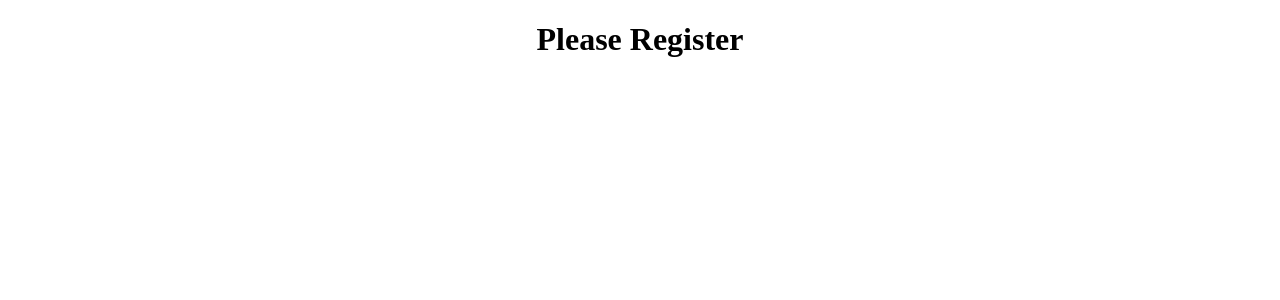
Repository: Thaneshwara848/E-Y
Page: Jdbc-Servlet-Jsp/WbeDemo2/src/main/webapp/Register.html
An editor plug-in stored every save of this project. The page is shown before and after the next save, followed by the edit.
The browser window is 1280 px wide. The pictures show the whole page.

Above is the page before, as saved 2023-05-19 11:28:33.

After the next save:
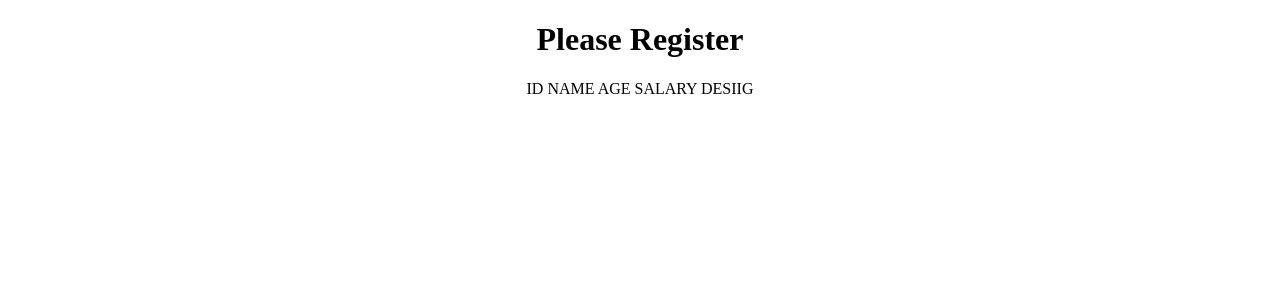
Saved 11 s later.
--- a/Jdbc-Servlet-Jsp/WbeDemo2/src/main/webapp/Register.html
+++ b/Jdbc-Servlet-Jsp/WbeDemo2/src/main/webapp/Register.html
@@ -7,6 +7,13 @@
 <body>
 <div style="text-align: center;">
 	<h1> Please Register</h1>
+
+	ID
+	NAME
+	AGE
+	SALARY
+	DESIIG
+
 </div>
 
 </body>
